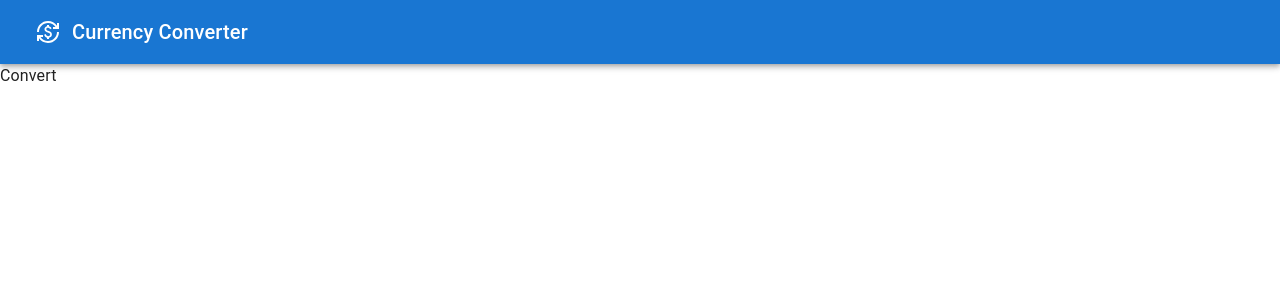
Repository: rutsguifd/currency-converter
Page: /
The author's editor kept a copy of each file at every save. The page is drawn from the files as they stood at one save, then again after a run of saves.
The browser window is 1280 px wide. The pictures show the whole page.
The project was rebuilt for these pictures with package versions that can differ from the ones it lists, and the page was loaded fresh each time. Also part of the build but not shown: src/components/ErrorBoundary.jsx.

Above is the page before, as saved 2023-03-27 23:37:43.

After the next 2 saves:
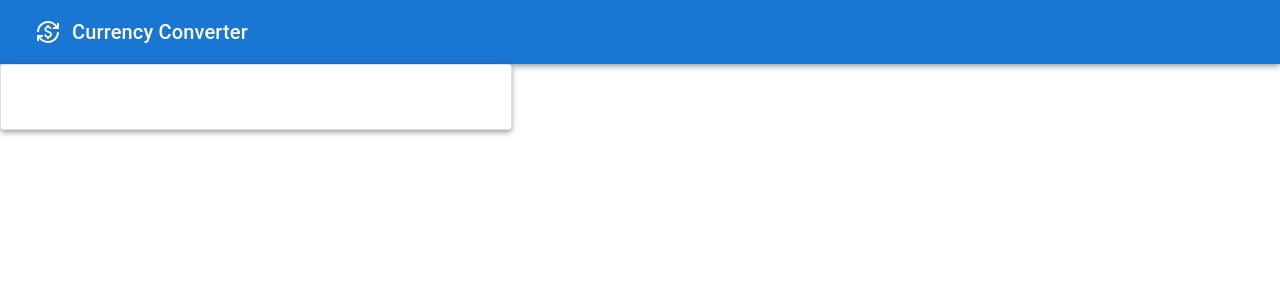
The 2 saves are shown as one change because 1 did not build or start.
The last was saved 19 s later.
--- a/src/components/Convert.jsx
+++ b/src/components/Convert.jsx
@@ -1,7 +1,23 @@
+import { Paper } from "@mui/material";
 import React from "react";
 
 const Convert = () => {
-  return <div>Convert</div>;
+  return (
+    <Paper
+      variant="outlined"
+      sx={{
+        p: 4,
+        display: "flex",
+        flexDirection: "column",
+        alignItems: "center",
+        justifyContent: "center",
+        width: "40vw",
+        minWidth: "400px",
+        gap: 4,
+        boxShadow: 4,
+      }}
+    ></Paper>
+  );
 };
 
 export default Convert;
